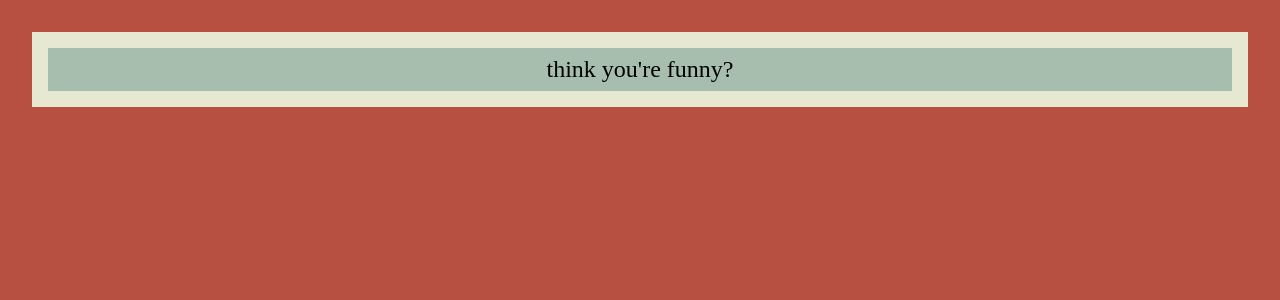
Repository: elchananChen/joke-api
Page: Client/index.html
These files come from the project's save history. The page is drawn as it stood at one moment and after the next save; the edit follows.
The browser window is 1280 px wide. The pictures show the whole page.
The page's requests for data from a server got no answer.

Above is the page before, as saved 2024-11-05 01:50:07.
Console error: TypeError: Cannot read properties of undefined (reading 'forEach')

### Client/index.html
<!DOCTYPE html>
<html lang="en">
  <link rel="stylesheet" href="styles.css" />
  <head>
    <meta charset="UTF-8" />
    <meta name="viewport" content="width=device-width, initial-scale=1.0" />
    <title>Document</title>
  </head>
  <body>
    <article>
      <div class="outer-wrapper">
        <div class="inner-wrapper">
          <header>
            <h1>think you're funny?</h1>
          </header>
          <main>
            <ul class="all-jokes"></ul>
          </main>
        </div>
      </div>
    </article>
  </body>
  <script src="https://cdn.jsdelivr.net/npm/axios/dist/axios.min.js"></script>
  <script type="module" src="main.js"></script>
</html>

### Client/styles.css
@import url("./css/variebles.css");
@import url("./css/reset.css");

article {
  height: 100%;
  width: 100%;
  background-color: var(--color-red-600);
  padding: 2rem;
}

.outer-wrapper {
  height: 100%;
  width: 100%;
  background-color: var(--color-yellow-green-100);
  padding: 1rem;
}
.inner-wrapper {
  height: 100%;
  width: 100%;
  background-color: var(--color-green-oil-300);
  padding: 0.5rem;
}

h1 {
  font-size: 1.5rem;
  margin: 0 auto;
  text-align: center;
}

main {
  background-color: var(--color-yellow-green-100);
  border-radius: 1rem;
}
li {
  padding-block: 0.5rem;
}

### Client/main.js
const allJokesEL = document.querySelector(".all-jokes");

const getAllJokes = async () => {
  try {
    const response = await axios.get(`http://localhost:3000/api/joke/all`);
    console.log(response.data); // נתונים שמתקבלים
    return response.data;
  } catch (err) {
    console.log(err); // הדפסת שגיאה
  }
};

console.log(getAllJokes());
async function randerAllJokes() {
  const jokes = await getAllJokes();
  jokes.forEach((joke) => {
    const liEL = document.createElement("li");
    liEL.textContent = ` ${joke.joke} :  ${joke.content}`;
    allJokesEL.appendChild(liEL);
  });
}
randerAllJokes();

### Client/css/variebles.css
:root {
  --color-red-600: #b85042;

  --color-yellow-green-100: #e7e8d1;

  --color-green-oil-300: #a7beae;
}

### Client/css/reset.css
* {
  box-sizing: border-box;
  margin: 0;
  padding: 0;
}

html {
  font-family: "overpass-Regular";
}
html,
body {
  min-height: 100vh;
  width: 100%;
}
article {
  display: flex;
  flex-direction: column;
  min-height: 100vh;
  width: 100%;
}
img {
  font-family: "work-sans-italic";
  display: block;
  max-width: 100%;
  max-height: 100%;
}
h1,
h2,
h3,
h4,
h5,
h6 {
  font-size: 1rem;
  font-weight: normal;
}
button {
  border: 0px;
}
ul,
ol {
  padding-left: 0.5rem;
  list-style-type: none;
}
a {
  text-decoration: none;
  color: inherit;
}
button {
  cursor: pointer;
}
select {
  cursor: pointer;
}
option {
  cursor: pointer;
}

After the next save:
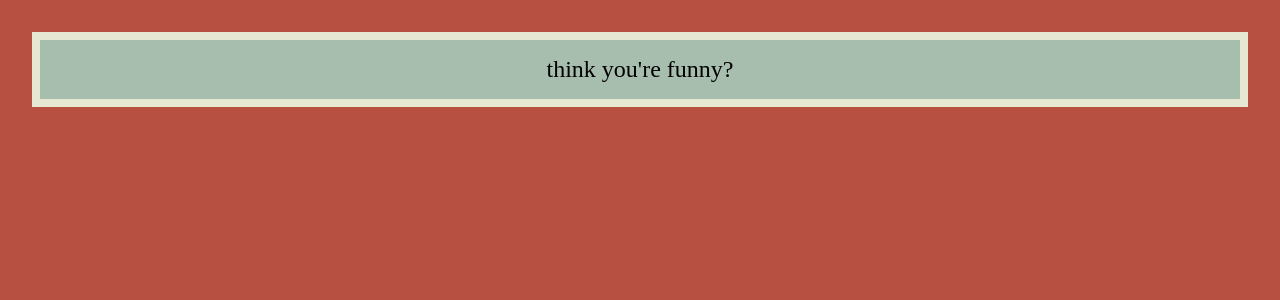
Saved 67 s later.
--- a/Client/styles.css
+++ b/Client/styles.css
@@ -12,13 +12,13 @@ article {
   height: 100%;
   width: 100%;
   background-color: var(--color-yellow-green-100);
-  padding: 1rem;
+  padding: 0.5rem;
 }
 .inner-wrapper {
   height: 100%;
   width: 100%;
   background-color: var(--color-green-oil-300);
-  padding: 0.5rem;
+  padding: 1rem;
 }
 
 h1 {
